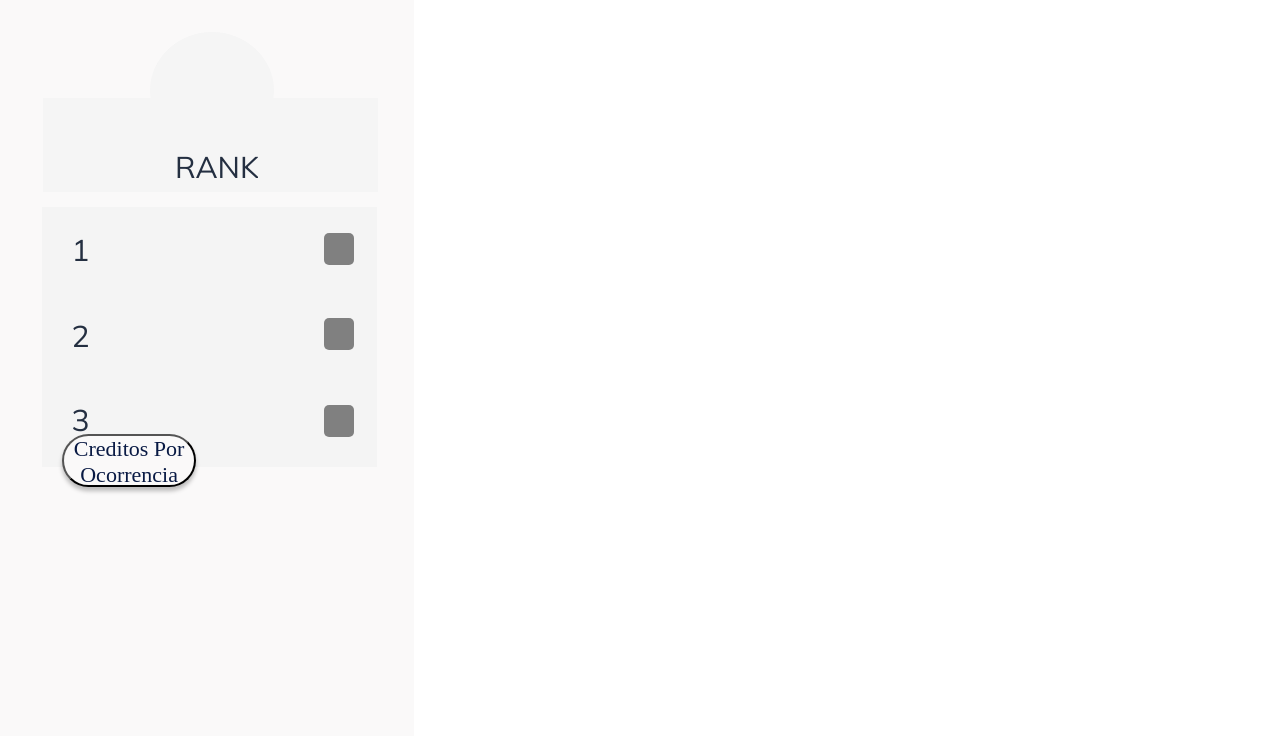
Repository: UnivMinho/D12_frontend
Page: Responsável no Terreno/Front-Office/Rank.html
The author's editor kept a record of every edit. The page is drawn from the files as they stood at one moment, then again after the next edit.
The browser window is 1280 px wide. The pictures show the whole page.
Some web libraries are served in a nearby version.

Above is the page before.

After the next edit:
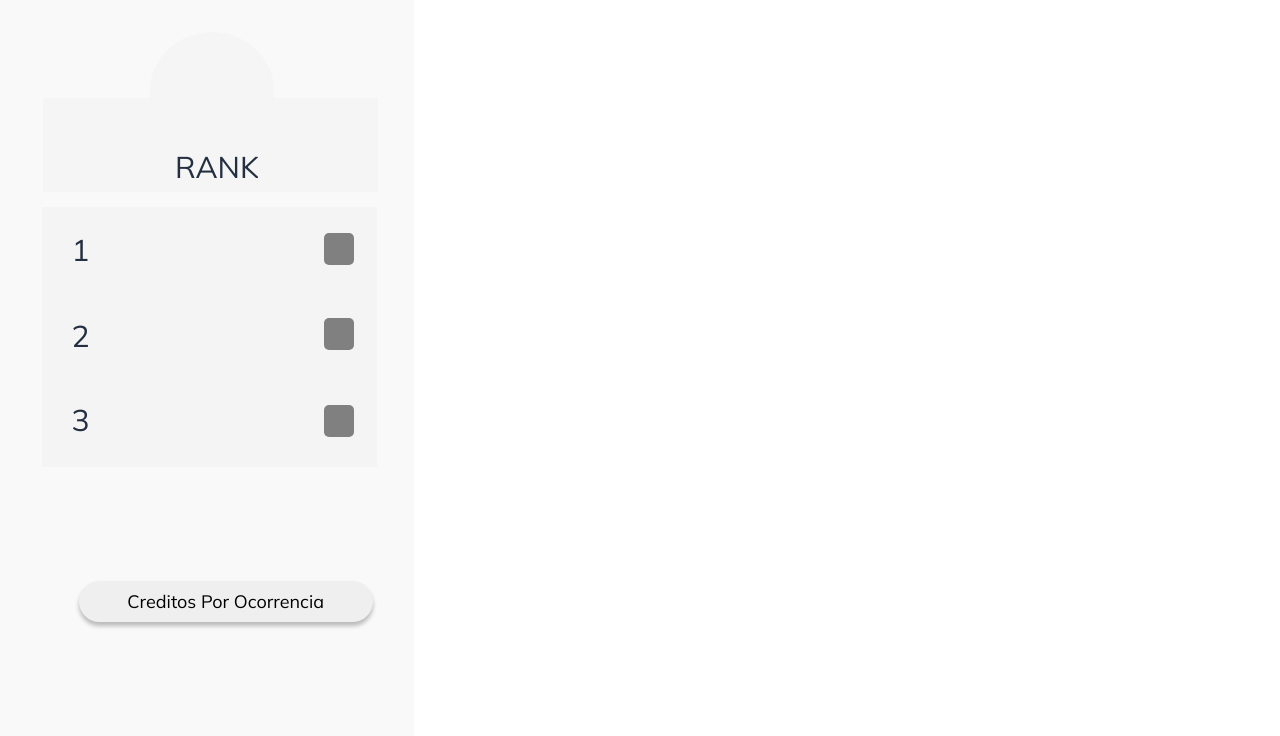
The edit:
--- a/Responsável no Terreno/Front-Office/Rank.css
+++ b/Responsável no Terreno/Front-Office/Rank.css
@@ -170,22 +170,23 @@
 }
 
 .CreditosPorOcorrencia {
-    width: 134px;
-    height: 53px;
-    background: rgba(250, 249, 249, 1);
+    width: 294px;
+    height: 41px;
+    background: rgb (222, 222, 222, 87);
     opacity: 1;
     position: absolute;
-    top: 59%;
-    left: 15%;
+    top: 79%;
+    left: 19%;
     border-top-left-radius: 32px;
     border-top-right-radius: 32px;
     border-bottom-left-radius: 32px;
     border-bottom-right-radius: 32px;
     box-shadow: 0px 4px 4px rgba(0, 0, 0, 0.25);
     overflow: hidden;
-    font-size: 22px;
-    font-family: 'Comfortaa';
-    color: rgba(9, 26, 68, 1);
+    font-size: 18px;
+    font-family: 'Mulish';
+    color: black;
+    border: none;
 }
 
 #arrowCreditosPorOcorrencia {
